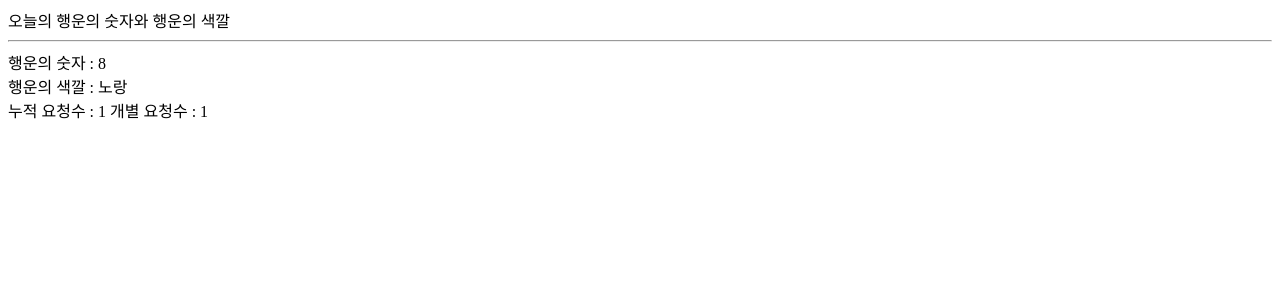
Repository: developedbyssony/JSP
Page: http://localhost/JSPbasic/jsptag/tag_quiz.jsp
These files come from the project's save history. The page is drawn as it stood at one moment and after the next save; the edit follows.
The browser window is 1280 px wide. The pictures show the whole page.
The page is served by Tomcat 9. Other server files are loaded and not shown.

Above is the page before, as saved 2022-03-23 09:27:07.

### JSPbasic/src/main/webapp/jsptag/tag_quiz.jsp
<%@ page language="java" contentType="text/html; charset=UTF-8"
    pageEncoding="UTF-8"%>
<!DOCTYPE html>
<html>
<head>
<meta charset="UTF-8">
<title>Insert title here</title>
</head>
<body>
	<%!
		// int randomNumber() 메서드를 선언해주세요.
		// 정수 1~10까지의 난수를 발생시켜 리턴해줍니다.
		int randomNumber() {
			return (int)(Math.random() * 10) + 1;
	}

	String randomColor() {
			String[] arr = new String[3];
			arr[0] = "빨강";
			arr[1] = "파랑";
			arr[2] = "노랑";
			int num = (int)(Math.random() * 3);
			return arr[num];

			// 강사님 풀이
			// double d = Math.random();
			// if(d >= 0.66) {
			// return "빨강";
			// } else if(d >= 0.33) {
			// return "노랑";
			// } else {
			// return "파랑";
			// }
		}

		// 선언부(Declaration)에 선언한 변수는 딱 한 번만 실행되는 static 속성을 가지게 됩니다.
		int total = 0;
	%>
	<%
		// 스크립트릿에 선언한 변수는 새로고침 할 때 마다 새롭게 선언됩니다.
		int each = 0;
		total++;
		each++;
	%>
	오늘의 행운의 숫자와 행운의 색깔 <hr />
	행운의 숫자 : 	<%=  randomNumber()	%> <br />
	행운의 색깔 : <%=  randomColor()	%>	<br />
	누적 요청수 : <%= each %>
	개별 요청수 : <%= total %>
</body>
</html>

After the next save:
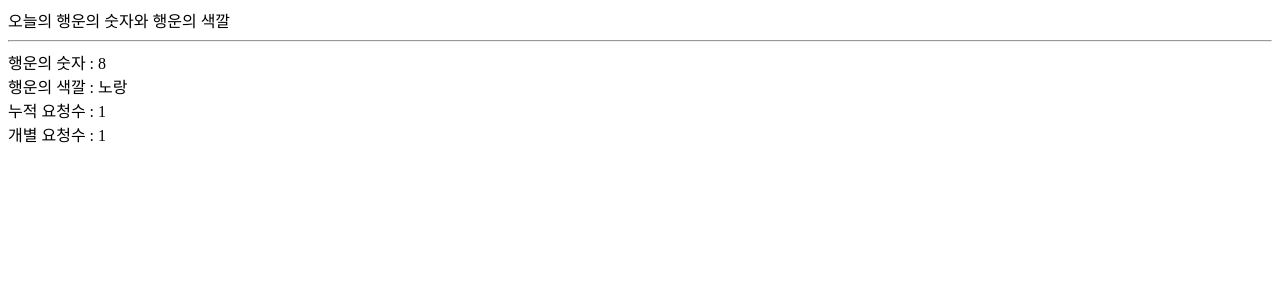
Saved 25 s later.
--- a/JSPbasic/src/main/webapp/jsptag/tag_quiz.jsp
+++ b/JSPbasic/src/main/webapp/jsptag/tag_quiz.jsp
@@ -45,7 +45,7 @@
 	오늘의 행운의 숫자와 행운의 색깔 <hr />
 	행운의 숫자 : 	<%=  randomNumber()	%> <br />
 	행운의 색깔 : <%=  randomColor()	%>	<br />
-	누적 요청수 : <%= each %>
-	개별 요청수 : <%= total %>
+	누적 요청수 : <%= total %> <br />
+	개별 요청수 : <%= each %>
 </body>
 </html>
